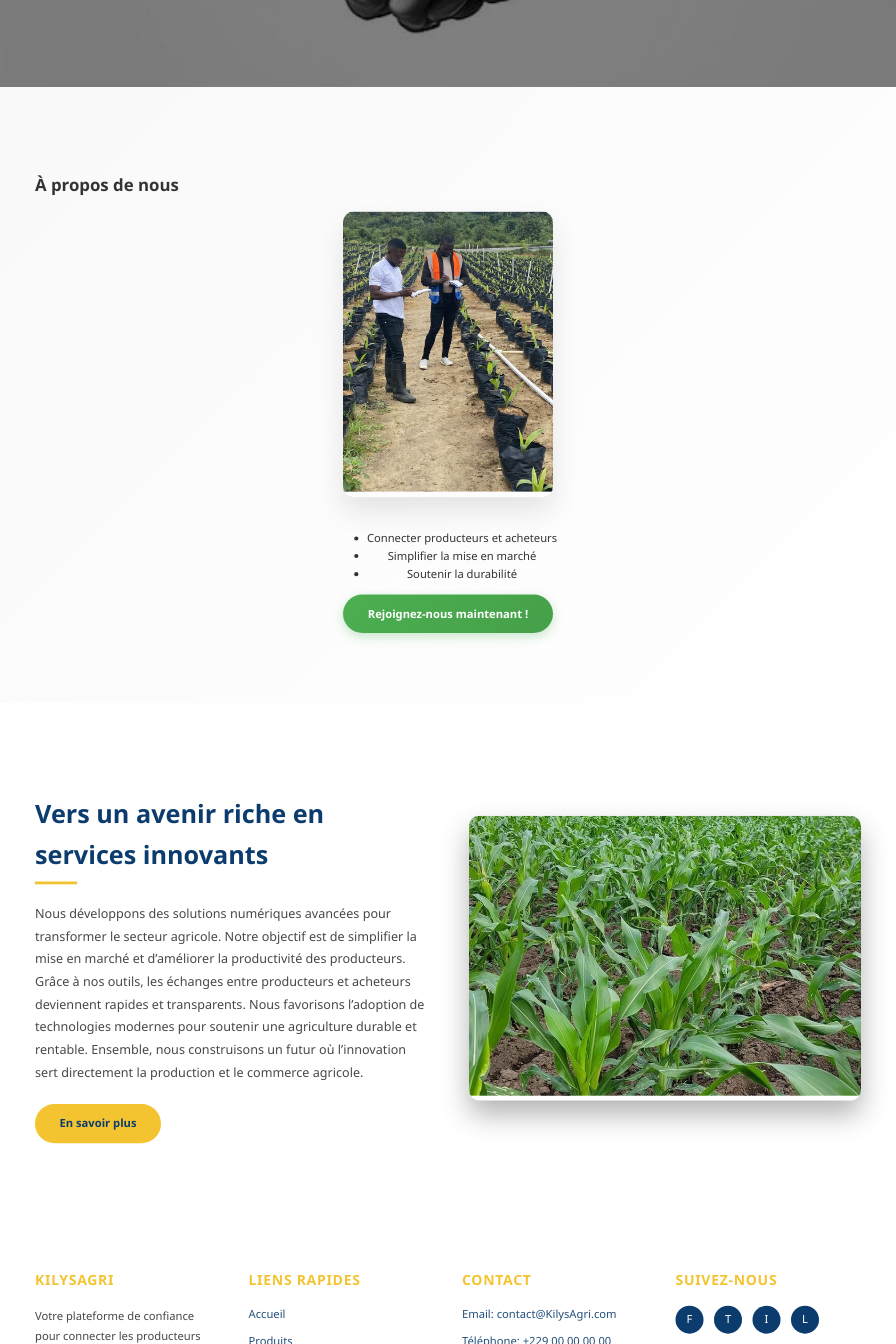
Repository: KILAYOSSI/projetdesoutenance
Page: templates/home/index.html.twig
An editor plug-in stored every save of this project. The page is shown before and after the next save, followed by the edit.
The browser window is 1280 px wide. The pictures show the part of the page from y = 595 to 2515 px (the page is 2744 px tall before and 2623 px after), at 70% of full size.
The page is a Twig template of a Symfony application; nobody is signed in and links lead nowhere. The template is opened directly, without the code that normally fills it, so the values that code supplies are empty.

Above is the page before, as saved 2026-02-25 16:37:13.

After the next save:
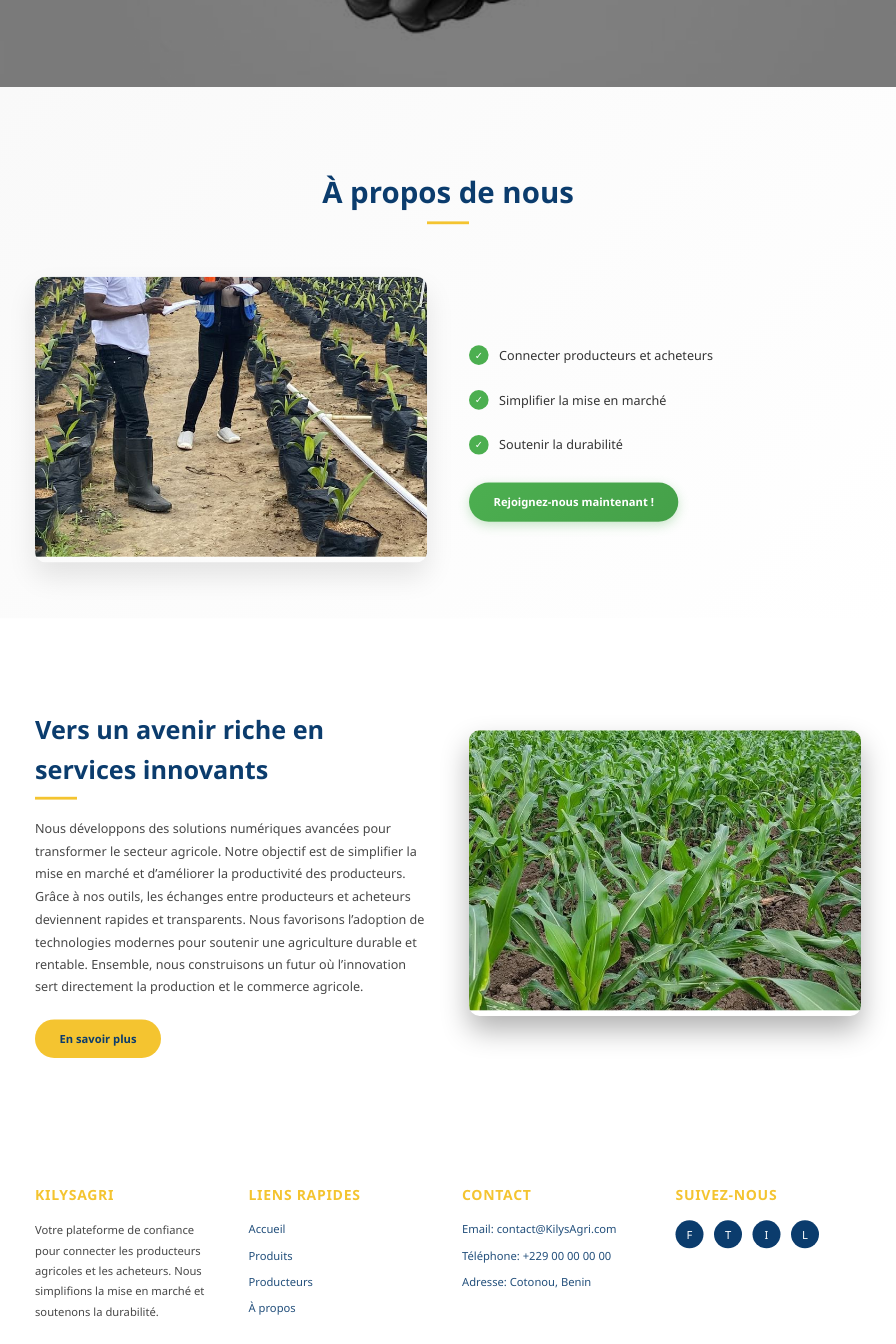
Saved 41 s later.
--- a/public/css/style.css
+++ b/public/css/style.css
@@ -164,18 +164,38 @@ body {
 
 /* ABOUT SECTION */
 .about {
-    padding: 100px 50px;
+    padding: 80px 50px;
     background: linear-gradient(135deg, #f9f9f9 0%, #ffffff 100%);
 }
 
+.about-header {
+    text-align: center;
+    margin-bottom: 50px;
+}
+
+.about-header h2 {
+    color: #0b3c6d;
+    font-size: 42px;
+    margin-bottom: 25px;
+    position: relative;
+    display: inline-block;
+}
+
+.about-header h2::after {
+    content: '';
+    display: block;
+    width: 60px;
+    height: 4px;
+    background: #f4c430;
+    margin: 10px auto 0;
+}
+
 .about .container {
     display: flex;
-    flex-direction: column;
-    align-items: center;
-    gap: 30px;
+    align-items: center;
+    gap: 60px;
     max-width: 1200px;
     margin: 0 auto;
-    text-align: center;
 }
 
 .about-image {
@@ -196,33 +216,17 @@ body {
     transform: scale(1.05);
 }
 
-.about-text {
+.about-content {
     flex: 1;
 }
 
-.about-text h2 {
-    color: #0b3c6d;
-    font-size: 36px;
-    margin-bottom: 25px;
-    position: relative;
-}
-
-.about-text h2::after {
-    content: '';
-    display: block;
-    width: 60px;
-    height: 4px;
-    background: #f4c430;
-    margin-top: 10px;
-}
-
-.about-text ul {
+.about-content ul {
     list-style: none;
     padding: 0;
     margin: 30px 0;
 }
 
-.about-text ul li {
+.about-content ul li {
     font-size: 18px;
     margin-bottom: 15px;
     padding: 10px 0;
@@ -230,7 +234,7 @@ body {
     align-items: center;
 }
 
-.about-text ul li::before {
+.about-content ul li::before {
     content: '✓';
     background: #4CAF50;
     color: white;
